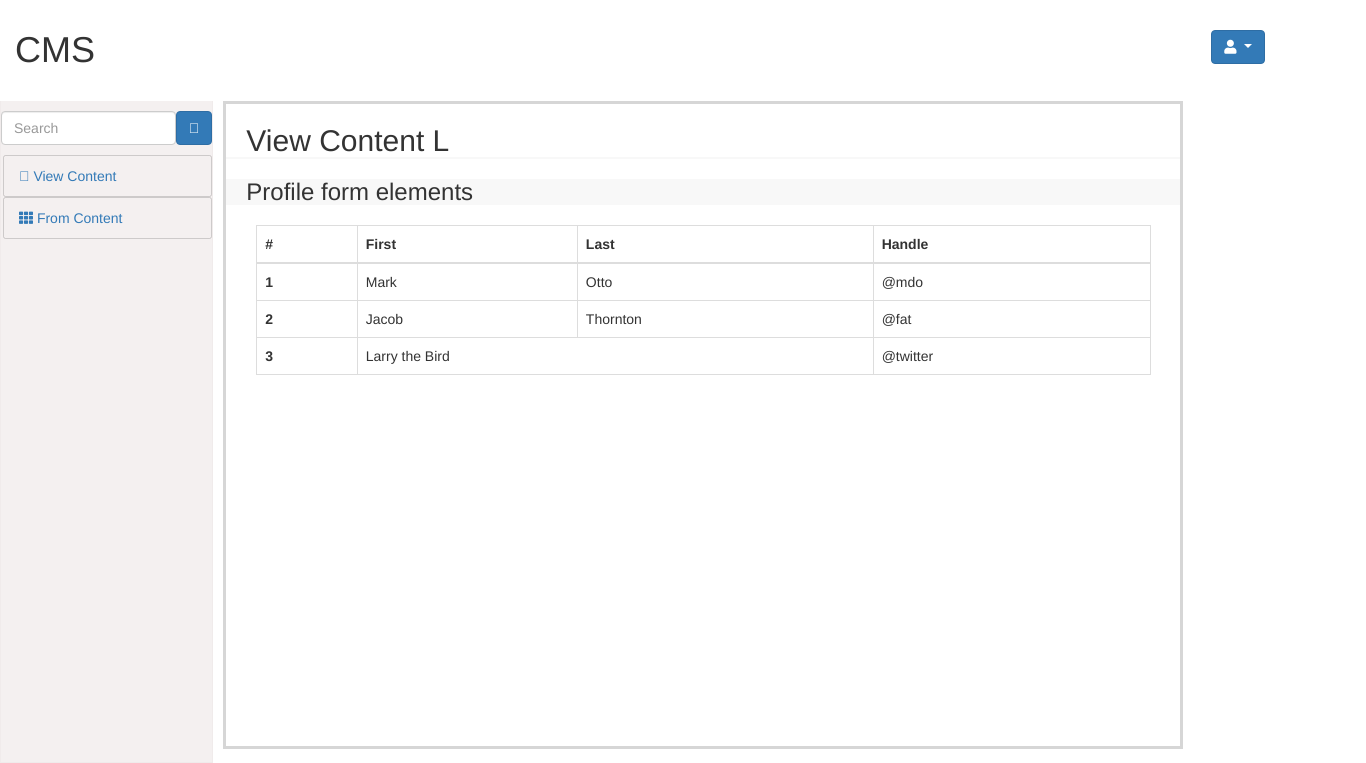
Repository: NgocNB20/travel
Page: NgocNb20_assigment8_9/view.html
An editor plug-in stored every save of this project. The page is shown before and after the next save, followed by the edit.
The browser window is 1280 px wide. The page is 1366 px wide, so the pictures cover 1366 px, including what lies to the right of the window. The pictures show the whole page.
Some web libraries are served in a nearby version.

Above is the page before, as saved 2021-10-06 01:13:29.

After the next save:
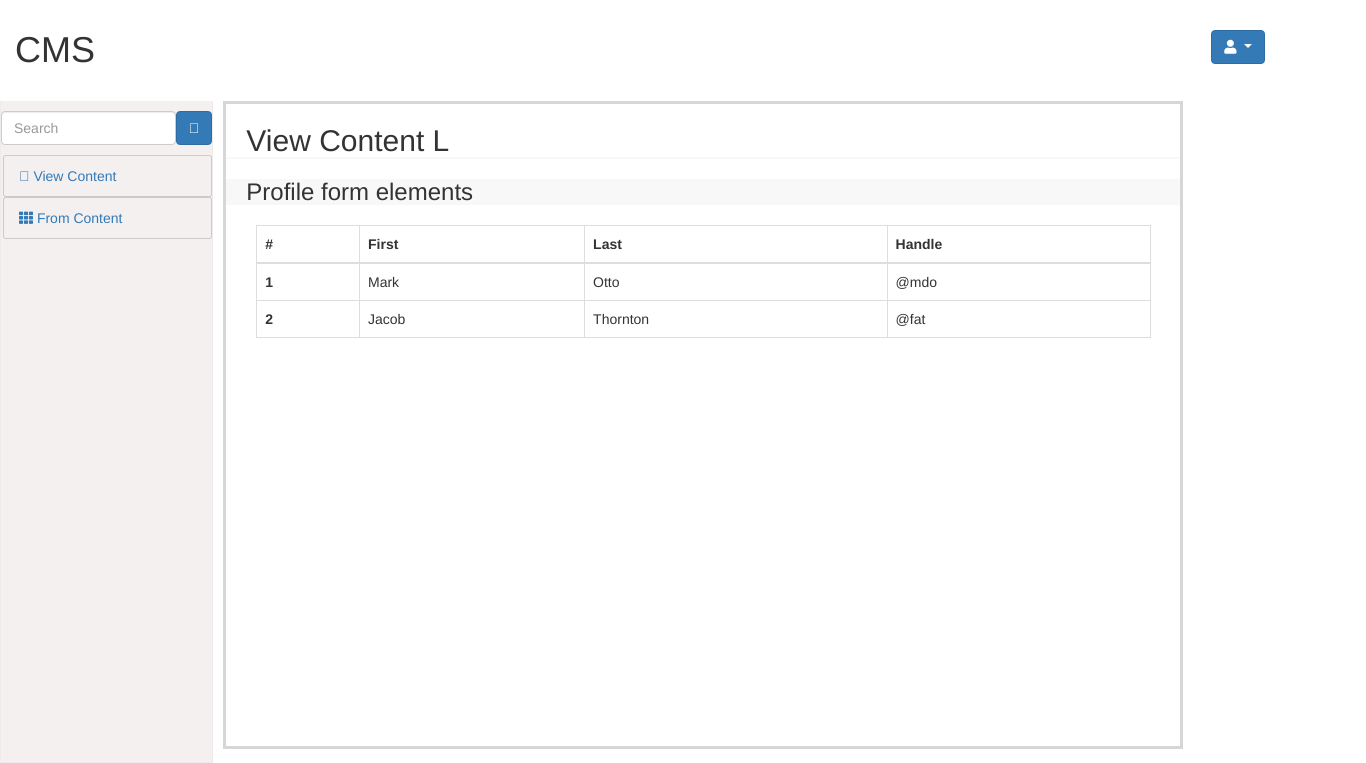
Saved 97 s later.
--- a/NgocNb20_assigment8_9/view.html
+++ b/NgocNb20_assigment8_9/view.html
@@ -94,11 +94,6 @@
                                         <td>Thornton</td>
                                         <td>@fat</td>
                                       </tr>
-                                      <tr>
-                                        <th scope="row">3</th>
-                                        <td colspan="2">Larry the Bird</td>
-                                        <td>@twitter</td>
-                                      </tr>
                                     </tbody>
                                   </table>
                             </div>
